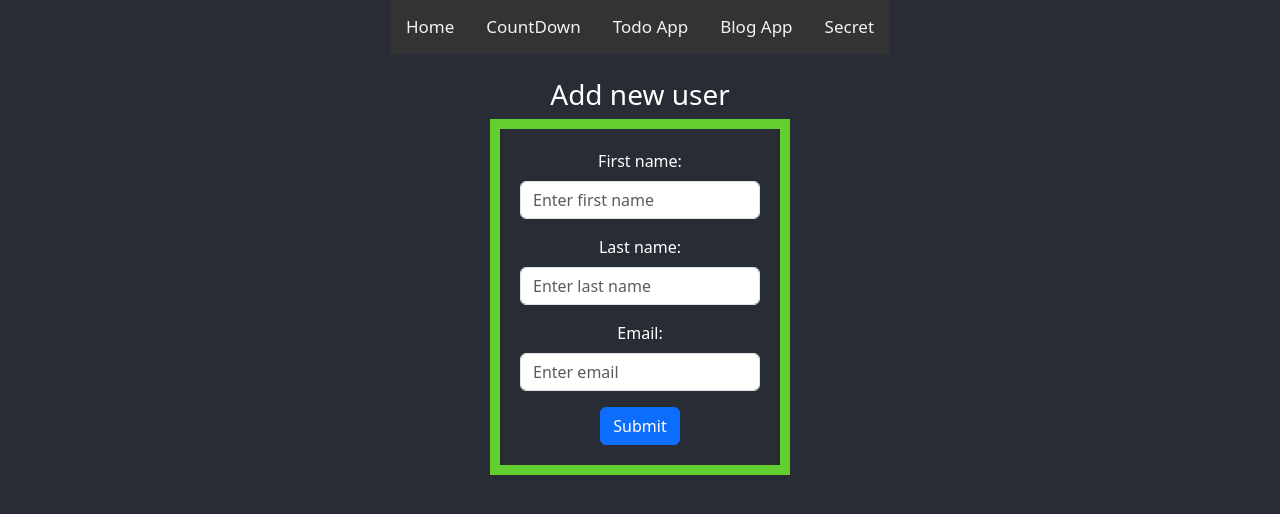
Repository: ThucSkin/React-hook-basic
Page: /add/user
The author's editor kept a copy of each file at every save. The page is drawn from the files as they stood at one save, then again after the next save.
The browser window is 1280 px wide. The pictures show the whole page.
The project was rebuilt for these pictures with package versions that can differ from the ones it lists, and the page was loaded fresh each time. Also part of the build but not shown: src/views/Todo.js, src/views/TableApi/TableUser.scss, src/customize/Fetch.js, src/views/TableApi/TableApi.js, src/views/CountDown/countdown.js, src/views/Blog.js, src/views/BlogDetail.js.

Above is the page before, as saved 2023-06-12 01:11:13.

### src/index.js
import React from 'react';
import ReactDOM from 'react-dom/client';
import './index.scss';
import App from './App';
import reportWebVitals from './reportWebVitals';
import { BrowserRouter as Router } from 'react-router-dom';

const root = ReactDOM.createRoot(document.getElementById('root'));
root.render(
  <React.StrictMode>
    <Router>
      <App />
    </Router>
  </React.StrictMode>
);

// If you want to start measuring performance in your app, pass a function
// to log results (for example: reportWebVitals(console.log))
// or send to an analytics endpoint. Learn more: https://bit.ly/CRA-vitals
reportWebVitals();

### src/index.scss
@import "~bootstrap/scss/bootstrap";

body {
  margin: 0;
  font-family: -apple-system, BlinkMacSystemFont, 'Segoe UI', 'Roboto', 'Oxygen',
    'Ubuntu', 'Cantarell', 'Fira Sans', 'Droid Sans', 'Helvetica Neue',
    sans-serif;
  -webkit-font-smoothing: antialiased;
  -moz-osx-font-smoothing: grayscale;
}

code {
  font-family: source-code-pro, Menlo, Monaco, Consolas, 'Courier New',
    monospace;
}

### src/App.js

import './App.scss';
import Nav from './views/Nav';
import Todo from './views/Todo';
import TableApi from './views/TableApi/TableApi';
import { CountDown } from './views/CountDown/countdown';
import { Routes, Route } from 'react-router-dom'
import { Blog } from './views/Blog';
import DetailBlog from './views/BlogDetail';
import { Container } from 'react-bootstrap';
import AddNewUser from './views/AddNewUser';
import 'bootstrap/dist/css/bootstrap.min.css';


const App = () => {
  return (
    <div className="App">
      <header className="App-header">
        <Nav />
        <Container className='container'>
          <Routes>
            <Route path='/' element={<TableApi />} />
            <Route path='/countdown' element={<CountDown />} />
            <Route path='/todo' element={<Todo />} />
            <Route path='/blog' element={<Blog />} />
            <Route path='/blog/:id' element={<DetailBlog />} />
            <Route path='/add/user' element={<AddNewUser />} />
          </Routes>
        </Container>
      </header>
    </div>
  );
}

export default App;

### src/App.scss
.App {
    text-align: center;
}

.App-logo {
    height: 10vmin;
    pointer-events: none;
}

@media (prefers-reduced-motion: no-preference) {
    .App-logo {
        animation: App-logo-spin infinite 20s linear;
    }
}

.App-header {
    background-color: #282c34;
    min-height: 100vh;
    display: flex;
    flex-direction: column;
    align-items: center;
    /* justify-content: center; */
    font-size: calc(10px + 2vmin);
    color: white;
}

.App-link {
    color: #61dafb;
}

@keyframes App-logo-spin {
    from {
        transform: rotate(0deg);
    }

    to {
        transform: rotate(360deg);
    }
}

.container {
    font-size: 16px;

}

### src/views/Nav.js
import { NavLink } from 'react-router-dom';
import './Nav.scss';
import 'bootstrap/dist/css/bootstrap.min.css';

const Nav = () => {
    return (
        <>
            <div className="topnav mb-4">
                <NavLink to="/" activeclassName="active">Home</NavLink>
                <NavLink to="/countdown">CountDown</NavLink>
                <NavLink to="/todo">Todo App</NavLink>
                <NavLink to="/blog">Blog App</NavLink>
                <NavLink to="/secrect">Secret</NavLink>
            </div>
        </>
    )
}

export default Nav;

### src/views/AddNewUser.js
import { useState } from 'react';
import Button from 'react-bootstrap/Button';
import Form from 'react-bootstrap/Form';

const AddNewUser = () => {
    const [fname, setFname] = useState('')
    const [lname, setLname] = useState('')
    const [email, setEmail] = useState('')

    const handleSubmit = (e) => {
        e.preventDefault();
        if (!fname) {
            alert('Empty first name!')
            return
        }
        if (!lname) {
            alert('Empty last name!');
            return
        }
        if (!email) {
            alert('Empty email!');
            return
        }
        alert('Add user successfully');

        setFname('');
        setLname('');
        setEmail('');
    }

    return (
        <>
            <h3>Add new user</h3>
            <Form onSubmit={handleSubmit} className='form-add'>
                <Form.Group className="mb-3" controlId="formBasicEmail">
                    <Form.Label>First name:</Form.Label>
                    <Form.Control onChange={(e) => setFname(e.target.value)}
                        value={fname} type="text" placeholder="Enter first name" />
                </Form.Group>

                <Form.Group className="mb-3" controlId="formBasicPassword">
                    <Form.Label>Last name:</Form.Label>
                    <Form.Control onChange={(e) => setLname(e.target.value)}
                        value={lname} type="text" placeholder="Enter last name" />
                </Form.Group>

                <Form.Group className="mb-3" controlId="formBasicPassword">
                    <Form.Label>Email:</Form.Label>
                    <Form.Control onChange={(e) => setEmail(e.target.value)} value={email}
                        type="email" placeholder="Enter email" />
                </Form.Group>
                <Button variant="primary" type='submit'>
                    Submit
                </Button>
            </Form>
        </>
    );
}

export default AddNewUser;

### src/views/Nav.scss
body {
    margin: 0;
    font-family: Arial, Helvetica, sans-serif;

    .topnav {
        overflow: hidden;
        background-color: #333;

        a {
            float: left;
            color: #f2f2f2;
            text-align: center;
            padding: 14px 16px;
            text-decoration: none;
            font-size: 17px;
        }

        a:hover {
            background-color: #ddd;
            color: black;
        }

        a.active {
            background-color: #04AA6D;
            color: white;
        }
    }

    .form-add {
        width: 300px;
        margin: 0 auto;
        border: 10px solid rgb(99, 208, 48);
        padding: 20px;
    }
}

Loaded but not shown: public/index.html (common file); src/reportWebVitals.js (common file)

After the next save:
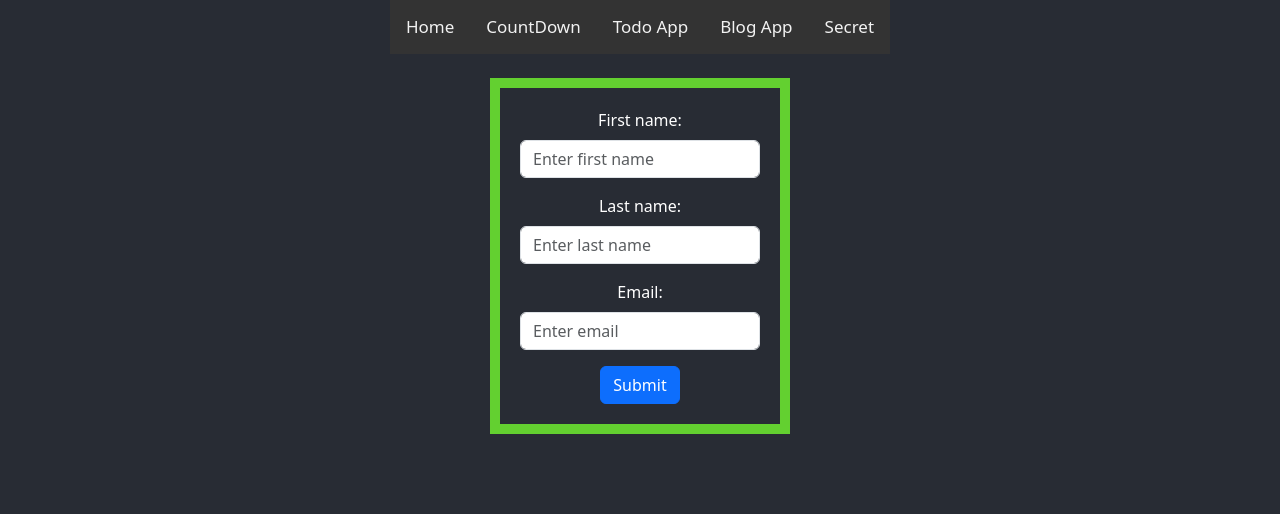
Saved 111 s later.
--- a/src/views/AddNewUser.js
+++ b/src/views/AddNewUser.js
@@ -30,7 +30,6 @@ const AddNewUser = () => {
 
     return (
         <>
-            <h3>Add new user</h3>
             <Form onSubmit={handleSubmit} className='form-add'>
                 <Form.Group className="mb-3" controlId="formBasicEmail">
                     <Form.Label>First name:</Form.Label>
